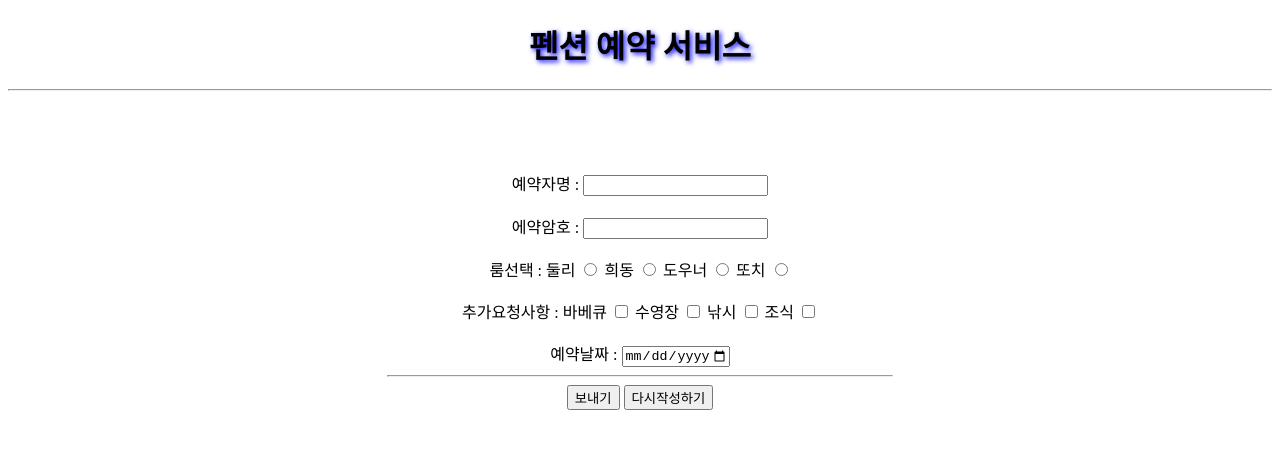
Repository: jhsnex123/web_study
Page: edu/src/main/webapp/cssexam/csslab3.html
These files come from the project's save history. The page is drawn as it stood at one moment and after a run of saves; the edit follows.
The browser window is 1280 px wide. The pictures show the whole page.

Above is the page before, as saved 2024-09-19 02:39:32.

After the next 2 saves:
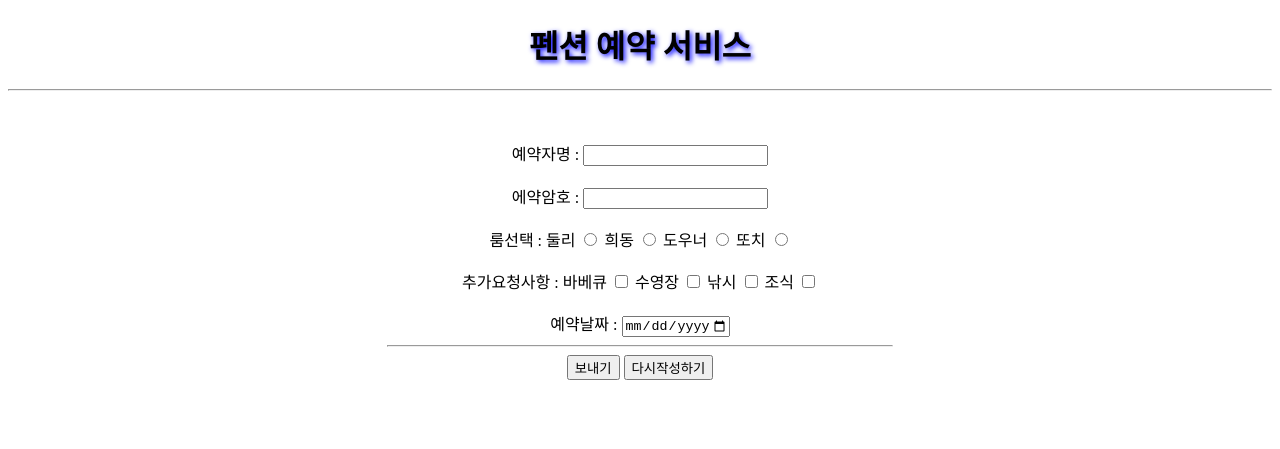
The 2 saves are shown as one change because they came seconds apart.
The last was saved 26 s later.
--- a/edu/src/main/webapp/cssexam/csslab3.html
+++ b/edu/src/main/webapp/cssexam/csslab3.html
@@ -19,8 +19,8 @@ div{
 		width : 40%;
 		height : 10px;
 		margin : 20px auto;
-		padding-top : 60px;
-		padding-bottom : 90px;
+		padding-top : 30px;
+		padding-bottom : 50px;
 		text-align : center;
 		margin-right: auto;
 	    margin-left: auto;
